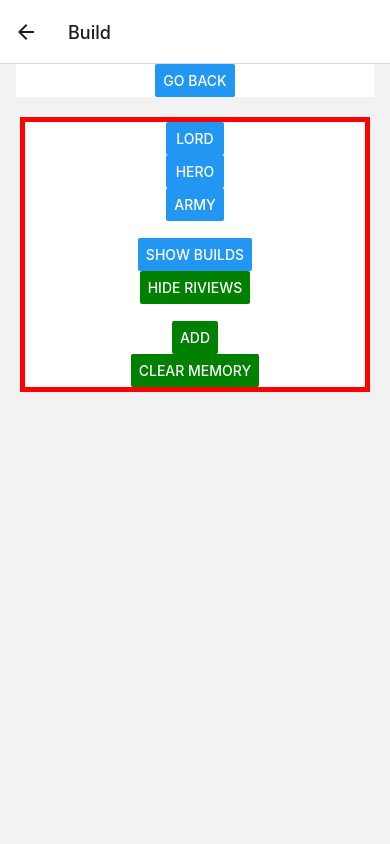
Repository: LingyuLiu11/mobile_app
Screen: /Build, after clicking the first element matching `div.r-paddingBottom-97e31f > button`
An editor plug-in stored every save of this project. The screen is shown before and after the next save, followed by the edit.
The app was drawn by React Native's web renderer in a window 390 px wide. The project was rebuilt for these pictures with package versions that can differ from the ones it lists, and the page was loaded fresh each time. Also part of the build but not shown: components/Reviews.js.

Above is the screen before, as saved 2021-10-25 02:04:13.

### App.js
import * as React from 'react';
import { Image, TextInput, FlatList, StyleSheet, View, Button, Text, Animated } from 'react-native';
import { NavigationContainer } from '@react-navigation/native';

import { createStackNavigator } from '@react-navigation/stack';
import Reviews from './components/Reviews'
import AsyncStorage from '@react-native-async-storage/async-storage';
import Builds from './components/Builds'

const Separator = () => (
  <View style={styles.separator} />
);



function Main({ navigation }) {


  return (


    <div>
      <View style={styles.container}>
        <Text>Main screen</Text>
        <Separator />
        <Button
          margintop = '10'
          title="Go to Profile"
          onPress={() => navigation.navigate('Profile')}
        />
        <Separator />

      </View>
      <View style = {styles.container}>
        <Button
          margintop = '10'
          title="Go to About"
          onPress={() => navigation.navigate('About')}
        />
        <Separator />
      </View>
      <View style = {styles.container}>
        <Button
          margintop = '10'
          title="Go to Reviews"
          onPress={() => navigation.navigate('Review')}
        />
      </View>
       <Separator />

       <View style = {styles.container}>
        <Button
          margintop = '10'
          title="Make my build"
          onPress={() => navigation.navigate('Build')}
        />
      </View>
       <Separator />

    </div>
  );
}

function Profile({ navigation }) {

  const [text, setText] = React.useState("Your name");
  return (
    <div>
      <View style={{ flex: 1, justifyContent: 'center', alignItems: 'center' }}>
        <Text>Profile screen</Text>
        <Separator />
        <Button title="Go back" onPress={() => navigation.goBack()} />
      </View>


      <View style={{ flex: 1, justifyContent: 'center', alignItems: 'center' }}>
        <TextInput
          style={styles.input}
          placeholder="Your name"
          value={text}
          onChangeText={text => setText(text)}
        />
        <Text style={{padding: 10, fontSize: 42}}>
        Hello {text.split(' ').map((word) => word ).join(' ')}
        </Text>
      </View>

      <View style={{ flex: 1, justifyContent: 'center', alignItems: 'center', flexDirection: "row" }}>
        <View style={{ flex: 1, justifyContent: 'center', alignItems: 'center' }}>
          <Image
            style={{
              resizeMode: "cover",
              height: 100,
              width: 200
            }}
            source={"https://upload.wikimedia.org/wikipedia/en/2/27/Total_War_Warhammer_3_cover_art.jpg"}
          />
          <Text>Totalwar Warhammer 3!</Text>
          </View>
        <Separator />
        <View style={{ flex: 1, justifyContent: 'center', alignItems: 'center' }}>
          <Image
            style={{
              resizeMode: "cover",
              height: 100,
              width: 200
            }}
            source={"https://www.nme.com/wp-content/uploads/2021/09/Total-Warhammer-3-Grand-Cathay-Dragon.jpg"}
          />
        <Text>Grand Cathay</Text>
        </View>
        <View style={{ flex: 1, justifyContent: 'center', alignItems: 'center' }}>

        <Image
          style={{
            resizeMode: "cover",
            height: 100,
            width: 200
          }}
          source={"https://encrypted-tbn0.gstatic.com/images?q=tbn:ANd9GcSM9n6tQzcRE8CXMXP5GXIIgYIF3wXVMZy4JA&usqp=CAU"}
        />
        <Text>Kislev</Text>
        </View>

      </View>


    </div>
  );
}

function About({ navigation }) {
  return (
    <div>
      <View style={{ flex: 1, justifyContent: 'center', alignItems: 'center' }}>
        <Text>About screen</Text>
        <Separator />
        <FlatList
          data={[
            {key: 'Lingyu Liu'},
            {key: 'CS 153A'},
            {key: 'Assignment2'},

          ]}
          renderItem={({item}) => <Text style={styles.item}>{item.key}</Text>}
        />

      </View>

      <View style = {styles.container}>
          <Button title="Go back" onPress={() => navigation.goBack()} />
      </View>
    </div>
  );
}

function Review({ navigation }) {
  return (
    <div>
      <View style = {styles.container}>
          <Button title="Go back" onPress={() => navigation.goBack()} />
      </View>
      <Reviews />
    </div>

  );
}

function Build({ navigation }) {
  return (
    <div>
      <View style = {styles.container}>
          <Button title="Go back" onPress={() => navigation.goBack()} />
      </View>
      <Builds />
    </div>

  );
}



const forFade = ({ current, next }) => {
  const opacity = Animated.add(
    current.progress,
    next ? next.progress : 0
  ).interpolate({
    inputRange: [0, 1, 2],
    outputRange: [0, 1, 0],
  });

  return {
    leftButtonStyle: { opacity },
    rightButtonStyle: { opacity },
    titleStyle: { opacity },
    backgroundStyle: { opacity },
  };
};

const Stack = createStackNavigator();

function MyStack() {
  return (
    <Stack.Navigator>
      <Stack.Screen
        name="Main"
        component={Main}
        options={{
          headerTintColor: 'white',
          headerStyle: { backgroundColor: 'tomato' },
        }}
      />
      <Stack.Screen
        name="Profile"
        component={Profile}
        options={{ headerStyleInterpolator: forFade }}
      />
      <Stack.Screen
        name="About"
        component={About}
        options={{ headerStyleInterpolator: forFade }}
      />
      <Stack.Screen
        name="Review"
        component={Review}
        options={{ headerStyleInterpolator: forFade }}
      />
      <Stack.Screen
        name="Build"
        component={Build}
        options={{ headerStyleInterpolator: forFade }}
      />


    </Stack.Navigator>
  );
}



export default function App() {
  return (
    <NavigationContainer>
      <MyStack />
    </NavigationContainer>
  );
}

const styles = StyleSheet.create({
  container: {
    flex: 1,
    justifyContent: 'center',
    alignItems: 'center',
    backgroundColor: '#fff',
    alignItems: 'center',
    justifyContent: 'center',
    marginHorizontal: 16,
  },
  separator: {
    marginVertical: 8,
    borderBottomColor: '#737373',
    borderBottomWidth: StyleSheet.hairlineWidth,
  },
  item: {
    padding: 10,
    fontSize: 18,
    height: 44,
  },
  input: {
    height: 40,
    margin: 12,
    borderWidth: 1,
    padding: 10,
  },
});

### components/Builds.js
import React, { useState, useEffect } from "react";
import { Image, TextInput, FlatList, StyleSheet, View, Button, Text, Animated, SafeAreaView, StatusBar } from 'react-native';
import AsyncStorage from '@react-native-async-storage/async-storage';

const Separator = () => (
    <View style={styles.separator} />
  );

const Builds = () => {
    const [builds, setBuilds] = useState([]);
    const [debugging,setDebugging] = useState(false)
    const [curr,setCurr] = useState('')
    const [currlooking,setCurrlooking] = useState(false)

    useEffect(() => {getData()}, []);

    let debugView = "";
  if (debugging) {
    debugView =
      <View>
          {builds.map((build) =>
          <View><Text style ={{color:'red'}}>{build}</Text></View>
        )}
        <Separator />
      </View>

  }

  let currView = "";
  if (currlooking) {
    currView =
      <View>

          <Text style ={{color:'blue'}}>{curr}</Text>

        <Separator />
      </View>
}



    const storeData = async (value) => {
        try {
          const jsonValue = JSON.stringify(value)
          await AsyncStorage.setItem('@reviews', jsonValue)
          console.log('just stored '+jsonValue)
        } catch (e) {
          console.dir(e)
        }
    }

    const getData = async() => {
      try {
        const jsonValue = await AsyncStorage.getItem('@reviews')
        let data = null
        if (jsonValue != null) {
          data = JSON.parse(jsonValue)
          setBuilds(data);
          setCurr('');
        } else {
          setBuilds([]);
          setCurr('')

        }
      } catch (e) {
        console.dir(e)
      }

    }



    const clearAll = async () => {
        try {
          console.log('in clearData')
          await AsyncStorage.clear()
        } catch(e) {
          console.log("error in clearData ")
          console.dir(e)
          // clear error
        }
  }


    const DATA = [
        {
          id: 'bd7acbea-c1b1-46c2-aed5-3ad53abb28ba',
          title: 'Lord',
        },
        {
          id: '3ac68afc-c605-48d3-a4f8-fbd91aa97f63',
          title: 'Hero',
        },
        {
          id: '58694a0f-3da1-471f-bd96-145571e29d72',
          title: 'Army',
        },
      ];

      const Item = ({ title }) => {
        return (
          <View style={styles.item}>
            <Button style={styles.title} title={title }
                onPress={()=> {
                    const newCurr = curr.concat(title + ' ');
                    setCurr(newCurr);
                    storeData(newCurr);
                  }}

            />
          </View>
        );
      }

        const renderItem = ({ item }) => (
          <Item title={item.title} />
        )
      return (
        <SafeAreaView style={styles.container}>
          <FlatList
            data={DATA}
            renderItem={renderItem}
            keyExtractor={item => item.id}
          />
          <Separator />
          <Button
                  title={(currlooking?'hide':'show')+" Builds" }
                  color=""
                  onPress = {() => setDebugging(!debugging)}
                  />
          <currView/>
      <Button
                  title={(debugging?'hide':'show')+" Riviews" }
                  color="green"
                  onPress = {() => setDebugging(!debugging)}
                  />
                  {debugView}

                  <Button
          color="green"
          title="Add"
          onPress={()=> {
            const newBuilds = builds.concat(curr);
            setBuilds(newBuilds);
            storeData(newBuilds);
            setCurr('');
          }}/>
          <Button
                  color='green' title='Clear memory'
                  onPress = {() => {
                        console.log('clearing memory');
                        clearAll()
                      }}
                />
        </SafeAreaView>


      );
}

const styles = StyleSheet.create({
    container: {
        flex: 1,
        flexDirection:'column',
        backgroundColor: '#fff',
        alignItems: 'center',
        justifyContent: 'center',
        border: "thick solid red",
        margin:"20px",
        padding:"20px",
      },
      separator: {
      marginVertical: 8,
      borderBottomColor: '#737373',
      borderBottomWidth: StyleSheet.hairlineWidth,
    },
  });

export default Builds;

After the next save:
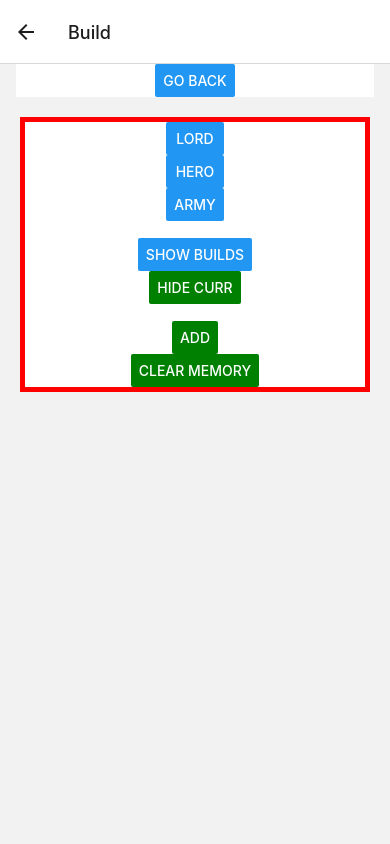
Saved 5 s later.
--- a/components/Builds.js
+++ b/components/Builds.js
@@ -130,7 +130,7 @@ const Builds = () => {
                   />
           <currView/>
       <Button
-                  title={(debugging?'hide':'show')+" Riviews" }
+                  title={(debugging?'hide':'show')+" curr" }
                   color="green"
                   onPress = {() => setDebugging(!debugging)}
                   />
